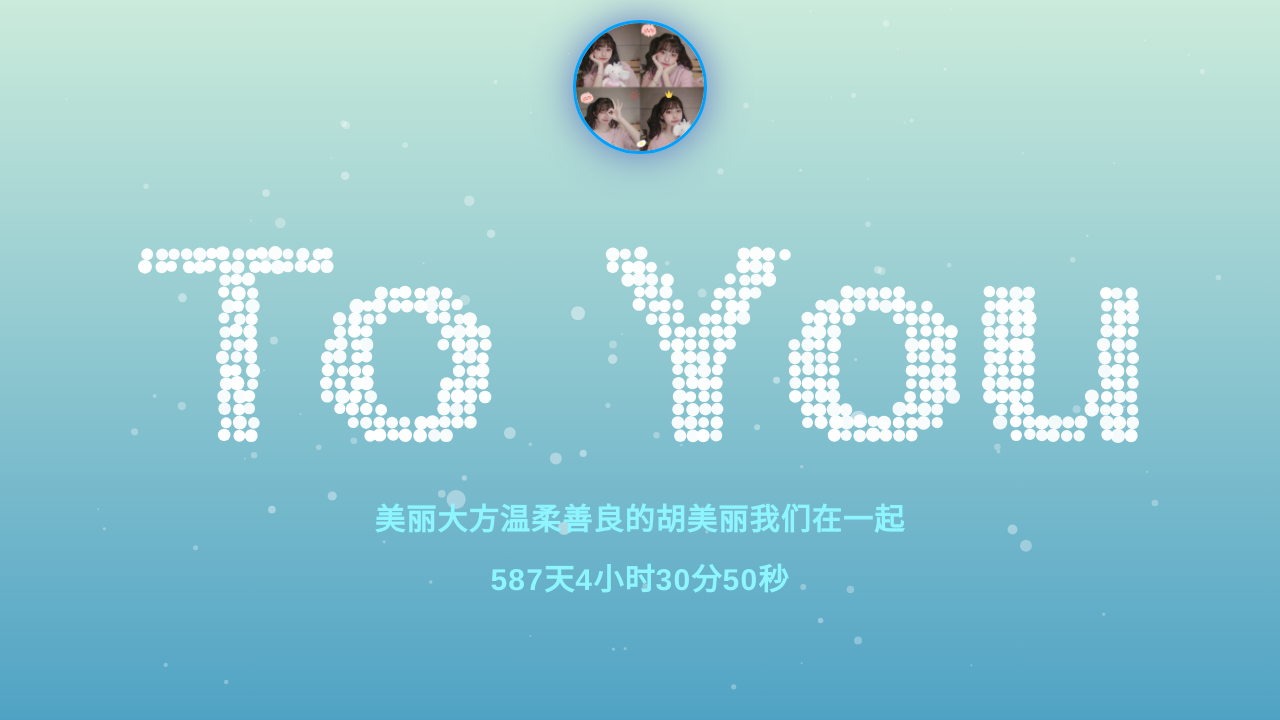
Repository: NanmeiYC/NanmeiYC.github.io
Page: humeili.html
An editor plug-in stored every save of this project. The page is shown before and after the next save, followed by the edit.
The browser window is 1280 px wide. The pictures show the whole page.

Above is the page before, as saved 2021-05-29 03:56:57.

After the next save:
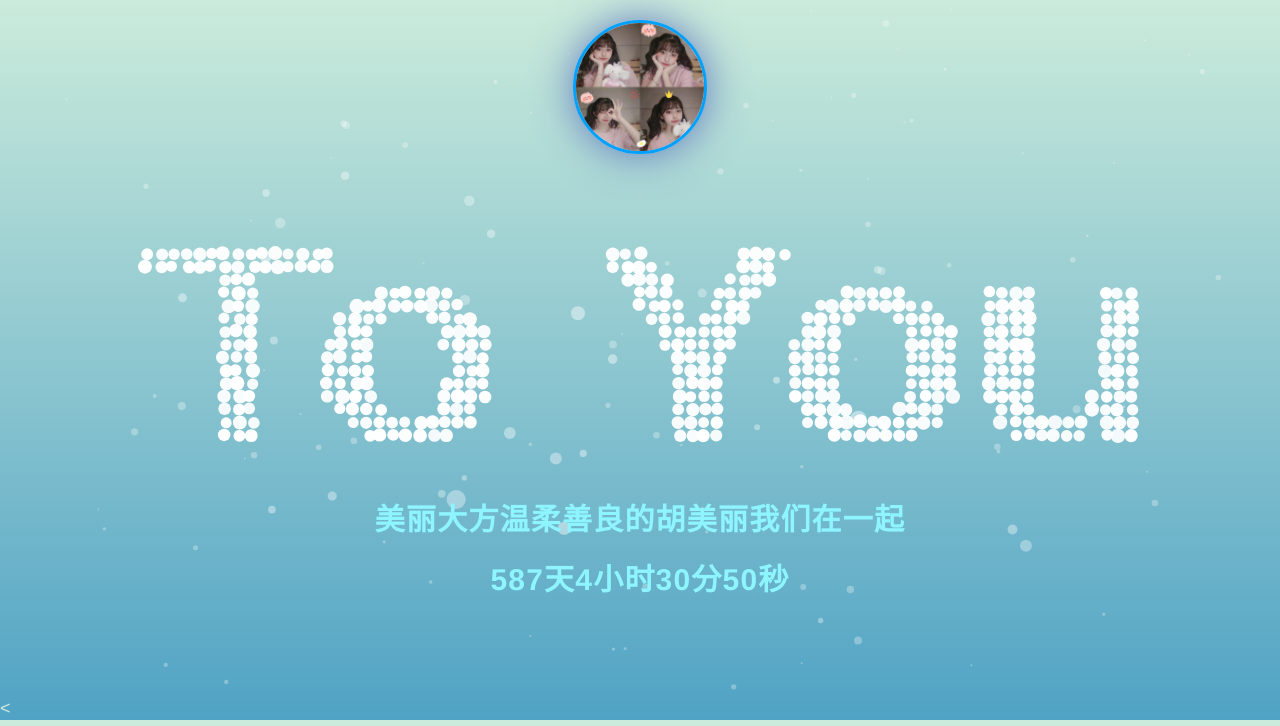
Saved 96 s later.
--- a/humeili.html
+++ b/humeili.html
@@ -673,6 +673,6 @@
     S.init();
 </script>
 <!-- 背景音乐,去这个网站搜http://y.webzcz.cn/,然后把下载链接放在src里 -->
-<audio autoplay="" loop=""> <source src="mp4or3\Luvea - 生日快乐.mp3"></audio>
+<<bgsound src="xxx.mp3" loop=-1>
 </body>
 </html>

After the 2 saves that followed:
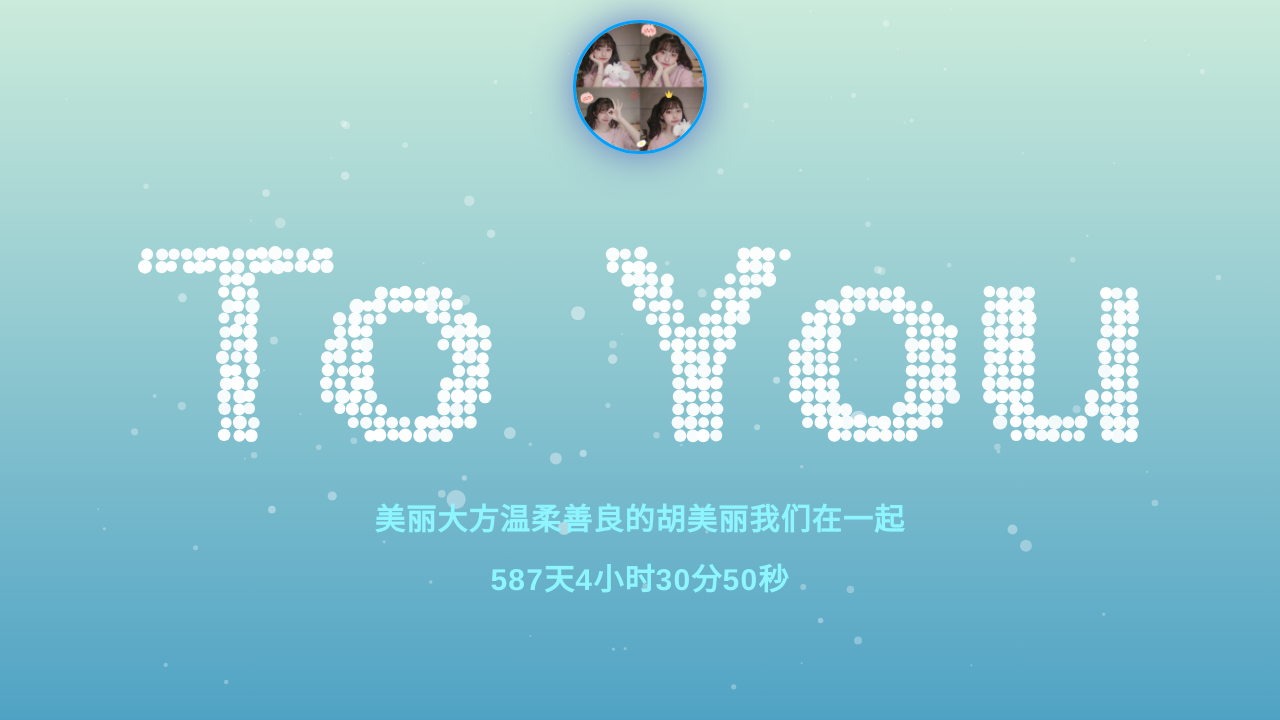
The 2 saves are shown as one change because 1 left the picture as it was.
The last was saved 35 s later.
--- a/humeili.html
+++ b/humeili.html
@@ -673,6 +673,6 @@
     S.init();
 </script>
 <!-- 背景音乐,去这个网站搜http://y.webzcz.cn/,然后把下载链接放在src里 -->
-<<bgsound src="xxx.mp3" loop=-1>
+<bgsound src="mp4or3\Luvea - 生日快乐.mp3" loop=-1>
 </body>
 </html>
